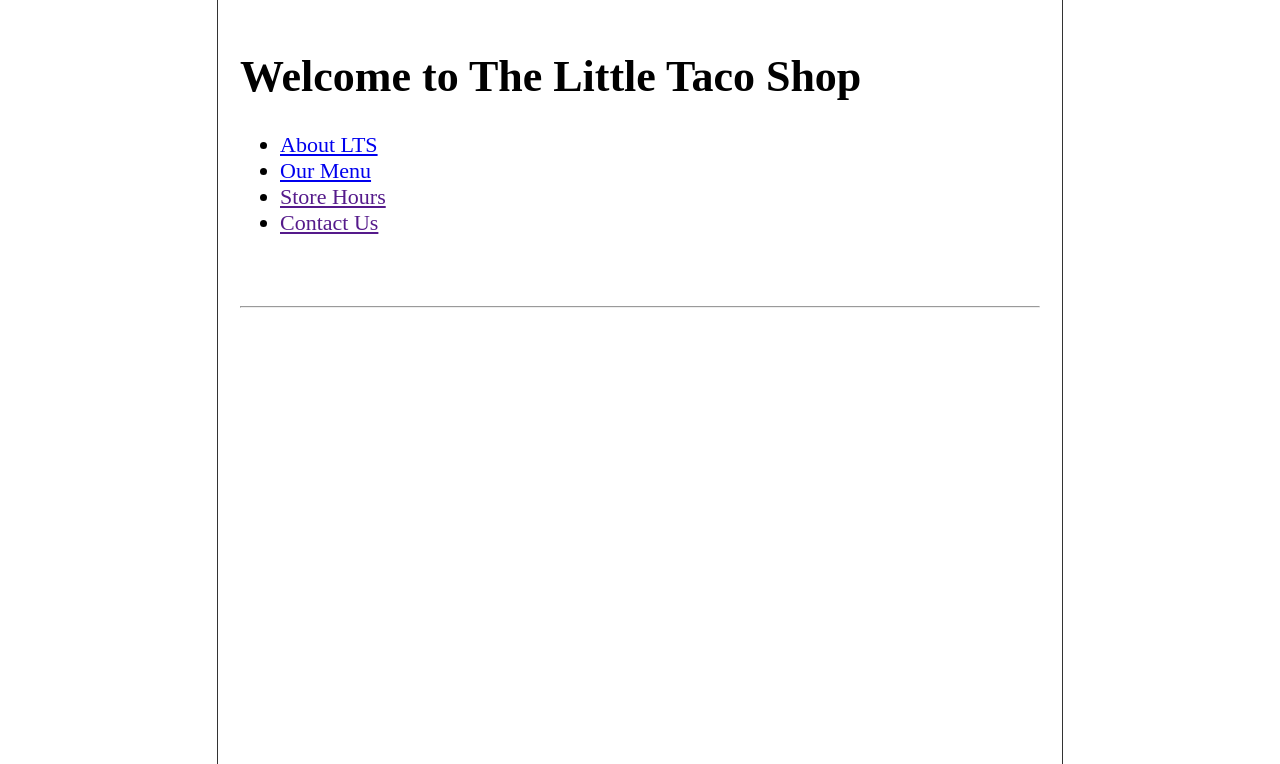
Repository: Israa-Odeh/html-basics-project
Page: index.html
An editor plug-in stored every save of this project. The page is shown before and after a run of saves, followed by the edit.
The browser window is 1280 px wide. The pictures show the whole page.

Above is the page before, as saved 2024-08-20 01:36:40.

After the next 2 saves:
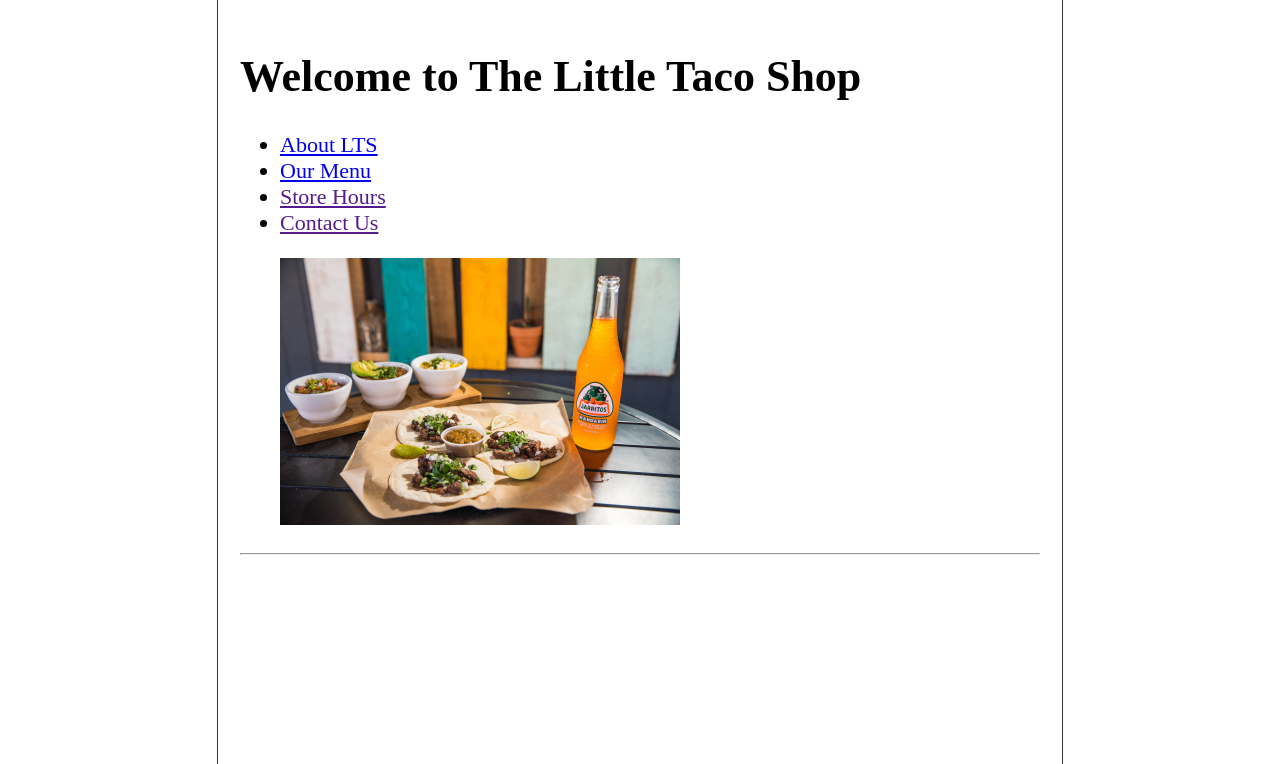
The 2 saves are shown as one change because they came seconds apart.
The last was saved 19 s later.
--- a/index.html
+++ b/index.html
@@ -31,7 +31,7 @@
             </ul>
 
             <figure>
-                <img src="" alt="">
+                <img src="img/tacos_and_drink_400x267.png" alt="">
             </figure>
         </nav>
     </header>
